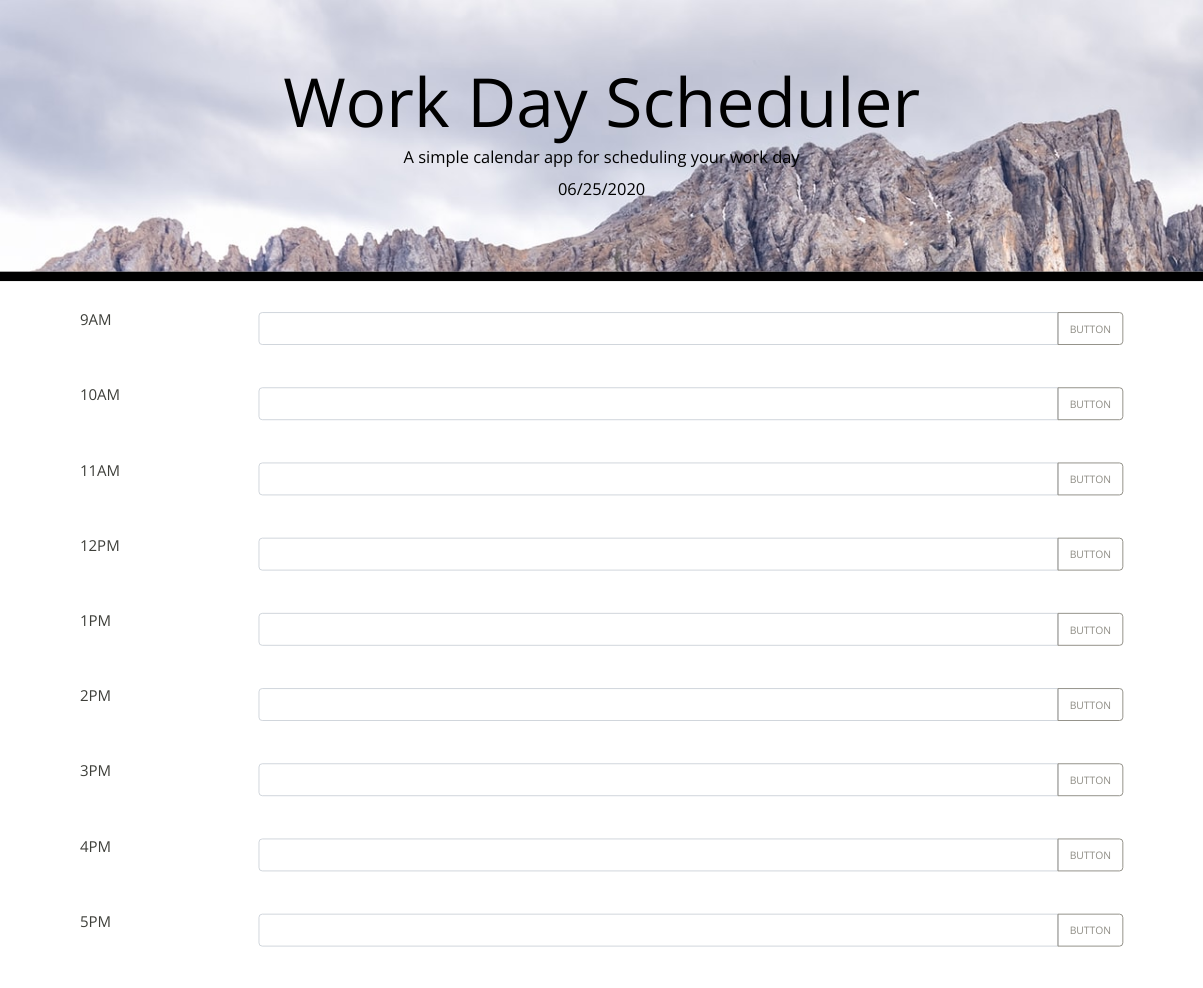
Repository: himaja830/Day-Planner
Page: Develop/index.html
The author's editor kept a copy of each file at every save. The page is drawn from the files as they stood at one save, then again after the next save.
The browser window is 1280 px wide. The pictures show the whole page, at 94% of full size.
Some web libraries are served in a nearby version.

Above is the page before, as saved 2020-06-25 16:35:18.

### Develop/index.html
<!DOCTYPE html>
<html lang="en">

<head>
  <meta charset="UTF-8" />
  <meta name="viewport" content="width=device-width, initial-scale=1.0" />
  <meta http-equiv="X-UA-Compatible" content="ie=edge" />
  <link rel="stylesheet" href="https://stackpath.bootstrapcdn.com/bootstrap/4.3.1/css/bootstrap.min.css" />
  <link href="https://stackpath.bootstrapcdn.com/bootswatch/4.5.0/sandstone/bootstrap.min.css" rel="stylesheet" integrity="sha384-ztQCCdmKhYHBDMV3AyR4QGZ2/z6veowJBbsmvDJW/sTuMpB9lpoubJuD0ODGSbjh" crossorigin="anonymous">
  <link rel="stylesheet" href="https://use.fontawesome.com/releases/v5.8.1/css/all.css"
    integrity="sha384-50oBUHEmvpQ+1lW4y57PTFmhCaXp0ML5d60M1M7uH2+nqUivzIebhndOJK28anvf" crossorigin="anonymous" />
  <link href="https://fonts.googleapis.com/css?family=Open+Sans&display=swap" rel="stylesheet" />
  <link rel="stylesheet" href="style.css" />
  <title>Work Day Scheduler</title>
</head>

<body>
  <header class="jumbotron">
    <h1 class="display-3">Work Day Scheduler</h1>
    <p class="lead">A simple calendar app for scheduling your work day</p>
    <p id="currentDay" class="lead"></p>
  </header>

  <!-- Timeblocks go here -->
  <div class="container">
    <form>
    <div class="row">
      <div class="col-2">
        <p>9AM</p>
      </div>
      <div class="input-group mb-3 col-10">
        <input type="text" class="form-control event"  aria-label="Recipient's username"
          aria-describedby="button-addon2" id="9">
        <div class="input-group-append">
          <button class="btn btn-outline-secondary" type="button" id="button-addon9" data-time="9">Button</button>
        </div>
      </div>
    </div>
  </form>
    <form>
      <div class="row">
        <div class="col-2">
          <p>10AM</p>
        </div>
        <div class="input-group mb-3 col-10">
          <input type="text" class="form-control event"  aria-label="Recipient's username"
            aria-describedby="button-addon2" id="10">
          <div class="input-group-append">
            <button class="btn btn-outline-secondary" type="button" id="button-addon10" data-time="10">Button</button>
          </div>
        </div>
      </div>
    </form>
    <div class="row">
      <div class="col-2">
        <p>11AM</p>
      </div>
      <div class="input-group mb-3 col-10">
        <input type="text" class="form-control event"  aria-label="Recipient's username"
          aria-describedby="button-addon2" id="11">
        <div class="input-group-append">
          <button class="btn btn-outline-secondary" type="button" id="button-addon11" data-time="11">Button</button>
        </div>
      </div>
    </div>
  </form>

    <form>
      <div class="row">
        <div class="col-2" >
          <p>12PM</p>
        </div>
        <div class="input-group mb-3 col-10">
          <input type="text" class="form-control event"  aria-label="Recipient's username"
            aria-describedby="button-addon2" id="12">
          <div class="input-group-append">
            <button class="btn btn-outline-secondary" type="button" id="button-addon12" data-time="12">Button</button>
          </div>
        </div>
      </div>
    </form>

    <form>
      <div class="row">
        <div class="col-2">
          <p>1PM</p>
        </div>
        <div class="input-group mb-3 col-10">
          <input type="text" class="form-control event"  aria-label="Recipient's username"
            aria-describedby="button-addon2" id="1">
          <div class="input-group-append">
            <button class="btn btn-outline-secondary" type="button" id="button-addon1" data-time="1">Button</button>
          </div>
        </div>
      </div>
    </form>

    <form>
      <div class="row">
        <div class="col-2">
          <p>2PM</p>
        </div>
        <div class="input-group mb-3 col-10">
          <input type="text" class="form-control event"  aria-label="Recipient's username"
            aria-describedby="button-addon2" id="2">
          <div class="input-group-append">
            <button class="btn btn-outline-secondary" type="button" id="button-addon2" data-time="2">Button</button>
          </div>
        </div>
      </div>
    </form>
    <form>
      <div class="row">
        <div class="col-2">
          <p>3PM</p>
        </div>
        <div class="input-group mb-3 col-10">
          <input type="text" class="form-control event"  aria-label="Recipient's username"
            aria-describedby="button-addon2" id="3">
          <div class="input-group-append">
            <button class="btn btn-outline-secondary" type="button" id="button-addon3" data-time="3">Button</button>
          </div>
        </div>
      </div>
    </form>

    <form>
      <div class="row">
        <div class="col-2">
          <p>4PM</p>
        </div>
        <div class="input-group mb-3 col-10">
          <input type="text" class="form-control event"  aria-label="Recipient's username"
            aria-describedby="button-addon2" id="4">
          <div class="input-group-append">
            <button class="btn btn-outline-secondary" type="button" id="button-addon4" data-time="4">Button</button>
          </div>
        </div>
      </div>
    </form>

    <form>
      <div class="row">
        <div class="col-2">
          <p>5PM</p>
        </div>
        <div class="input-group mb-3 col-10">
          <input type="text" class="form-control event"  aria-label="Recipient's username"
            aria-describedby="button-addon2" id="5">
          <div class="input-group-append">
            <button class="btn btn-outline-secondary" type="button" id="button-addon5" data-time="5">Button</button>
          </div>
        </div>
      </div>
    </form>
  </div>


  <script src="https://code.jquery.com/jquery-3.4.1.min.js"></script>
  <script src="https://cdnjs.cloudflare.com/ajax/libs/moment.js/2.24.0/moment.min.js"></script>
  <script src="script.js"></script>
</body>

</html>

### Develop/style.css
body {
  font-family: 'Open Sans', sans-serif;
  font-size: 16px;
  line-height: 1;
}

textarea {
  background: transparent;
  border: none;
  resize: none;
  color: #000000;
  border-left: 1px solid black;
  padding: 10px;
}

.jumbotron {
  text-align: center;
  background-color: transparent;
  font-weight: bolder;
  color: black;
  border-radius: 0;
  border-bottom: 10px solid black;
  background-image: url("riccardo-chiarini-2VDa8bnLM8c-unsplash (2).jpg");
}

.description {
  white-space: pre-wrap;
}

.time-block {
  text-align: center;
  border-radius: 15px;
}

.row {
  height: 80px;
  border-top: 1px solid white;
  ;
}

.hour {
  background-color: #ffffff;
  color: #000000;
  border-top: 1px dashed #000000;
}

.past {
  background-color: #d3d3d3;
  color: white;
}

.present {
  background-color: #ff6961;
  color: white;
}

.future {
  background-color: #77dd77;
  color: white;
}

.saveBtn {
  border-left: 1px solid black;
  border-top-right-radius: 15px;
  border-bottom-right-radius: 15px;
  background-color: #06AED5;
  color: white;
}

.saveBtn i:hover {
  font-size: 20px;
  transition: all .3s ease-in-out;
}

.btn {
  height: 35px;
}

.bg-red {
  background-color: rgb(255, 1, 1);
}

.bg-green {
  background-color: rgba(8, 131, 8, 0.788);
}

.bg-gray {
  background-color: #cfdce9da;
}

### Develop/script.js
$(document).ready(() => {
    localStorage.setItem("userData",[]);

//Date format have been set and displayed at the top of page.
    var now = moment().format("MM/DD/YYYY");
    var date = $("#currentDay");
    date.text(now);

//get input fields to alter their color relative to time.bg-gray.
var hourFormat = moment().format("HH");
 $(".event").each(function(){
     console.log(hourFormat);
    //  if (moment().betw)
 });



    $(".btn").on("click", function (event) {
        event.preventDefault();
        var inputText = event.target;
        var input = $(this).attr("data-time");
        var inputText = $(`#${input}`).val();
        localStorage.setItem("inputText",$(`#${input}`).val());
    })






});

After the next save:
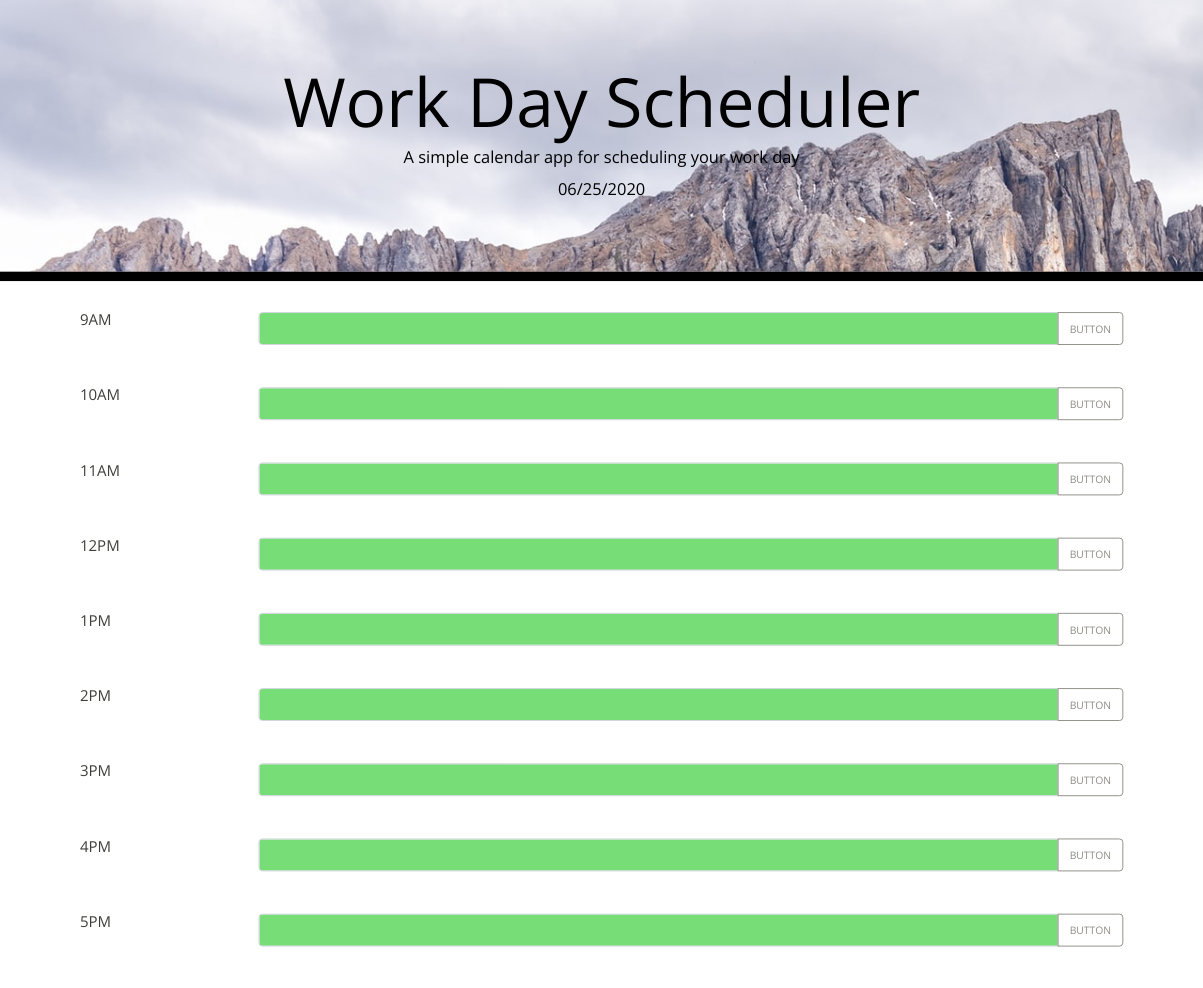
Saved 2 min 32 s later.
--- a/Develop/script.js
+++ b/Develop/script.js
@@ -7,10 +7,15 @@ $(document).ready(() => {
     date.text(now);
 
 //get input fields to alter their color relative to time.bg-gray.
-var hourFormat = moment().format("HH");
+var hour = moment().format("HH");
  $(".event").each(function(){
-     console.log(hourFormat);
-    //  if (moment().betw)
+     if (hour == this.id) {
+         $(this).addClass('present');
+     } else if (this.id < hour) {
+        $(this).addClass('past');
+     } else {
+        $(this).addClass('future');
+     }
  });
 
 
